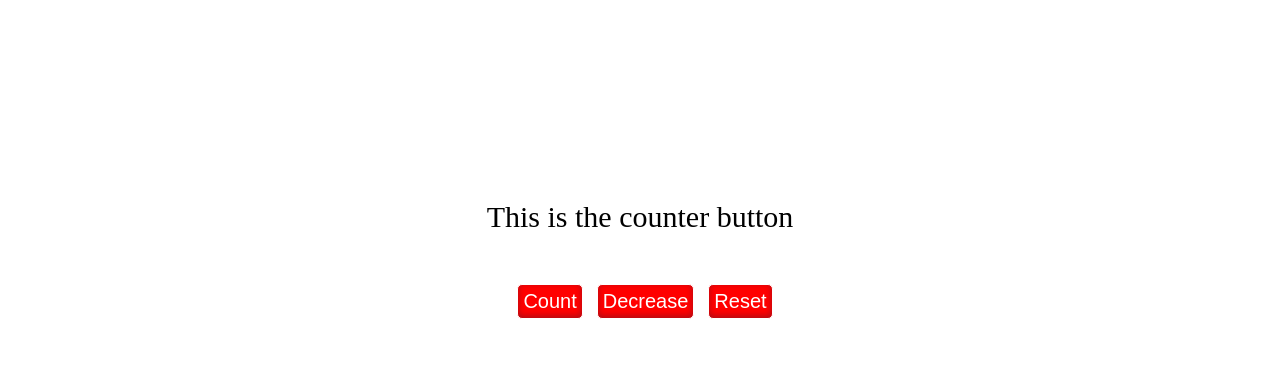
Repository: Aditya0377/Assignments
Page: Assignment/javascript practise/Counter.html
An editor plug-in stored every save of this project. The page is shown before and after the next save, followed by the edit.
The browser window is 1280 px wide. The pictures show the whole page.
After loading, the first visible `button` was clicked once.

Above is the page before, as saved 2024-02-23 21:13:28.
Console error: TypeError: Cannot set properties of null (setting 'innerHTML')

After the next save:
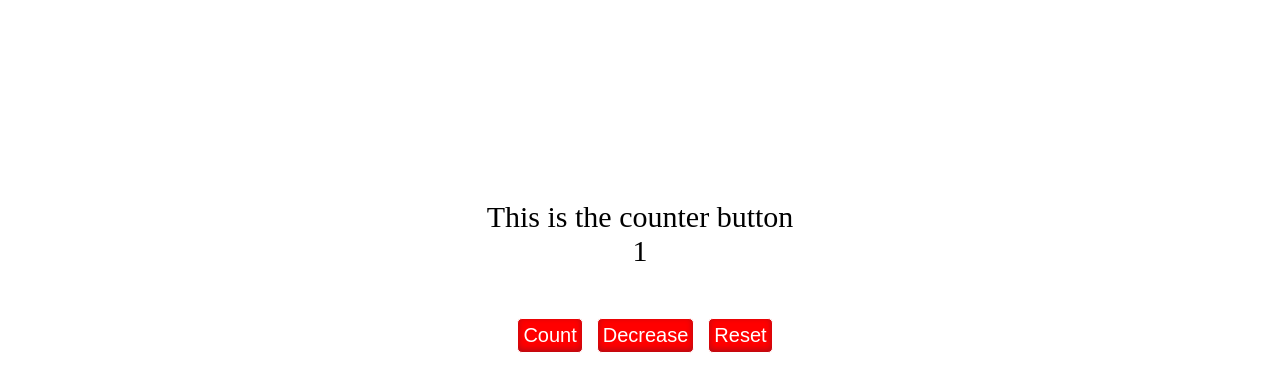
The error is gone.
Saved 26 s later.
--- a/Assignment/javascript practise/Counter.html
+++ b/Assignment/javascript practise/Counter.html
@@ -58,7 +58,7 @@
         function counterincrement() {
             let count = 0
             count++;
-            document.getElementById("numeber").innerHTML = count;
+            document.getElementById("number").innerHTML = count;
         }
 
     </script>
